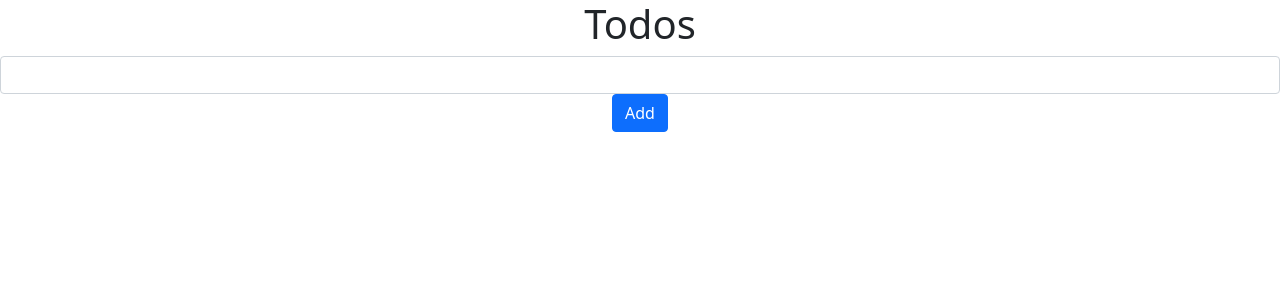
Repository: jmokate/fullstack-todo
Page: / (app in client/)
The author's editor kept a copy of each file at every save. The page is drawn from the files as they stood at one save, then again after the next save.
The browser window is 1280 px wide. The pictures show the whole page.
The page's requests for data from a server got no answer. The project was rebuilt for these pictures with package versions that can differ from the ones it lists, and the page was loaded fresh each time. No one was signed in, and anything a server would have sent is missing. Also part of the build but not shown: client/src/Components/Todo.js.

Above is the page before, as saved 2021-10-19 20:53:44.

### client/src/App.js
import React, {useState, useEffect} from "react";
import 'bootstrap/dist/css/bootstrap.min.css';
import {Form, Button} from "react-bootstrap"
import TodoList from "./Components/TodoList.js"
import './App.css';
import axios from "axios";


function App() {
  const [input, setInput] = useState('')
  const [items, setItems] = useState([])
  const [is_checked, setIsChecked] = useState(false)

   useEffect(() => {
     GET_API();
   }, [])

   const GET_API = async () => {
     await axios
       .get('/api/get')
       .then(response =>  {
         const responseItems = response.data
         console.log("get items ", responseItems)
         setItems(responseItems)
       })
       .catch(err => console.log("error with front end GET ", err))
    }

  const handleSubmit = (event) => {
    event.preventDefault();
    const todoItem = {
      text: input
    }
    setItems([...items, todoItem])
    setInput('')
    createPost(todoItem)
    //console.log("new item", todoItem)
    //console.log('all items', items)
    //GET_API();

  }

  const handleCheck = (id) => {

    const checkedItem = items.map(item =>
      item.id === id ? {...item, is_checked: !item.is_checked} : item
    )
    setItems(checkedItem)
    putIsChecked(id)
  }
  const putIsChecked = async (checkedId) => {
    console.log('put check is ', checkedId)
    await axios.put('/api/put', {checkedId})
      .then(response => console.log('checked put response ', response.data))
      .catch(err => console.log('put error ', err))
    GET_API();
  }

 const createPost = async (item) => {
   console.log("item passed", item)
   await axios
    .post('/api/post', item)
    .then(response => {
     // setItems(...item, item)
      console.log("the response", response.data)
      // setItems([...items, response.data])
     // console.log("new items set from axios", items)

   }).catch(err => console.log(err))
   GET_API();
 }

  const handleDelete = (id) => {
    setItems(items.filter((item) => item.id !== id));
   // console.log("handle delete", items)
    deletePost(id)
    //GET_API();
  }

  const deletePost = async (id) => {
   const deleteUrl = `/api/delete/${id}`
    await axios.delete(deleteUrl)
      .then(response => console.log('front end delete', response.data))
      .catch(err => console.log("error with delete ", err))
    GET_API();
  }


  return (

    <div className="App">
      <h1>Todos</h1>
      <Form onSubmit={handleSubmit}>
      <Form.Group >
        <Form.Control
        type="text"
        name="input"
        value={input}
        onChange={e => setInput(e.target.value)}></Form.Control>
        <Button type="submit">Add</Button>
      </Form.Group>
      </Form>
      <TodoList
        handleDelete={handleDelete}
        handleCheck={handleCheck}
        setIsChecked={setIsChecked}
        items={items}
        isChecked={is_checked}
      />
    </div>
  );
}

export default App;

### client/src/Components/TodoList.js
import React from "react";
import 'bootstrap/dist/css/bootstrap.min.css';
import Todo from "./Todo.js"
import {Row} from "react-bootstrap"

const TodoList = ({items, handleDelete, setIsChecked, isChecked, handleCheck}) =>{

    const itemsArrayCopy = [...items];

  return(

      <ul>
        <Row style={{flexDirection: 'column-reverse'}}>
        {
          itemsArrayCopy.sort((a,b) => a.id - b.id)
          .map((item) =>

            <Todo
            key={item.id}
            handleDelete={handleDelete}
            setIsChecked={setIsChecked}
            isChecked={isChecked}
            item={item}
            handleCheck={handleCheck}
          />
        )}
        </Row>
      </ul>

  )
};

export default TodoList

Loaded but not shown: client/public/index.html (common file); client/src/index.js (common file); client/src/index.css (common file); client/src/reportWebVitals.js (common file); client/src/App.css (common file)

After the next save:
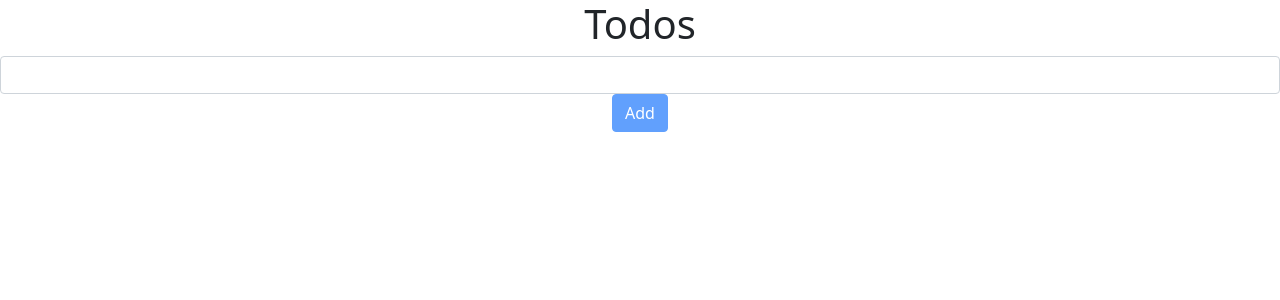
Saved 2 h 57 min later.
--- a/client/src/App.js
+++ b/client/src/App.js
@@ -97,7 +97,7 @@
         name="input"
         value={input}
         onChange={e => setInput(e.target.value)}></Form.Control>
-        <Button type="submit">Add</Button>
+        <Button type="submit" disabled={input === ''}>Add</Button>
       </Form.Group>
       </Form>
       <TodoList

After the save that followed:
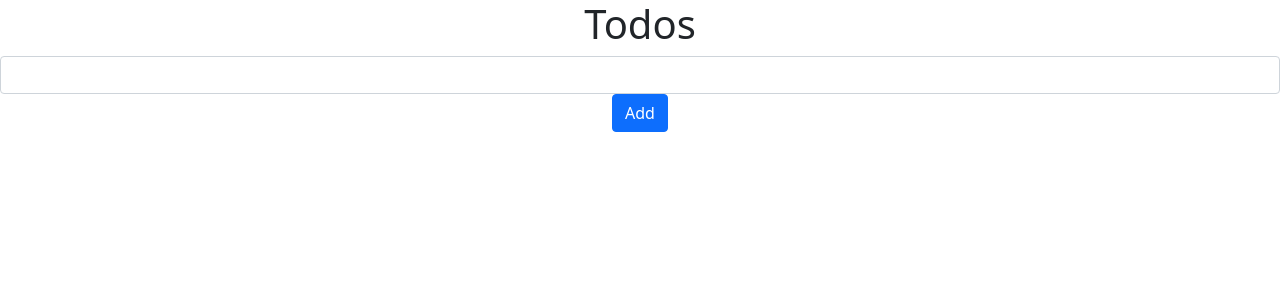
Saved 2 min 0 s later.
--- a/client/src/App.js
+++ b/client/src/App.js
@@ -97,7 +97,7 @@
         name="input"
         value={input}
         onChange={e => setInput(e.target.value)}></Form.Control>
-        <Button type="submit" disabled={input === ''}>Add</Button>
+        <Button type="submit" disabled={input === null}>Add</Button>
       </Form.Group>
       </Form>
       <TodoList
